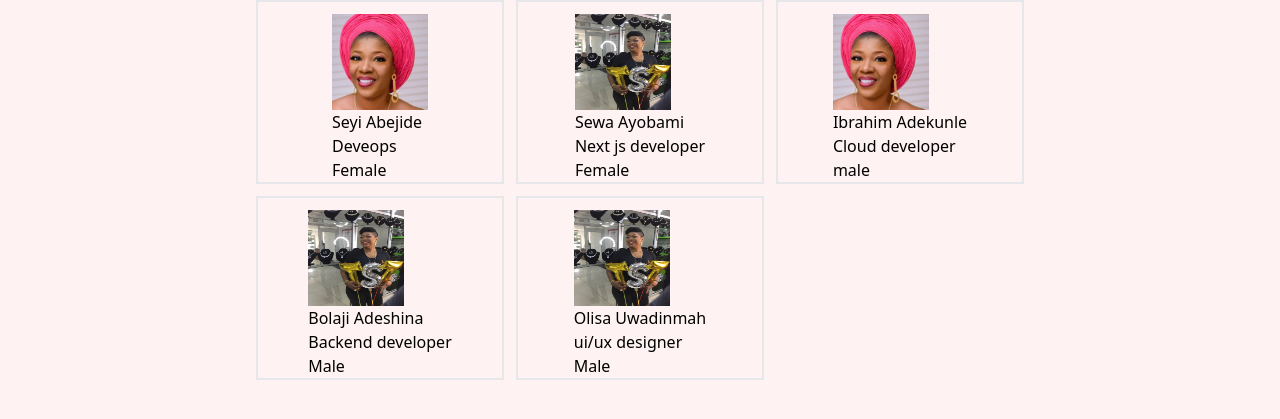
Repository: Semanmernstack/Bincom
Page: /
An editor plug-in stored every save of this project. The page is shown before and after the next save, followed by the edit.
The browser window is 1280 px wide. The pictures show the whole page.
The project was rebuilt for these pictures with package versions that can differ from the ones it lists, and the page was loaded fresh each time. The framework's server and built-in components were replaced by stand-ins that run in the browser. Also part of the build but not shown: next.config.mjs.

Above is the page before, as saved 2024-01-25 05:29:48.

### app/layout.tsx
import type { Metadata } from "next";
import { Inter } from "next/font/google";
import "./globals.css";

const inter = Inter({ subsets: ["latin"] });

export const metadata: Metadata = {
  title: "Create Next App",
  description: "Generated by create next app",
};

export default function RootLayout({
  children,
}: Readonly<{
  children: React.ReactNode;
}>) {
  return (
    <html lang="en">
      <body className=" min-h-screen bg-red-50">{children}</body>
    </html>
  );
}

### app/page.tsx
import slidefour from "../public/slidefour.png"


import slidethree from "../public/slidethree.png"
import SetUp from "./components/SetUp";


const data = [
  {
    id: "1",
    title: "Seyi Abejide",
    image:"slidefour.png",
    role: "Deveops",
    gender: "Female",

  },
  {
    id: "2",
    title: "Sewa Ayobami",
    image: "slidethree.png",
    role: "Next js developer",
    gender: "Female"

  },
  {
    id: "3",
    title: "Ibrahim Adekunle",
    image:"slidefour.png",
    role: "Cloud developer",
    gender: "male",

  },
  {
    id: "4",
    title: "Bolaji Adeshina",
    image: "slidethree.png",
    role: "Backend developer",
    gender: "Male",

  },
  {
    id: "5",
    title: "Olisa Uwadinmah",
    image: "slidethree.png",
    role: "ui/ux designer",
    gender: "Male",

  },


];



export default function Home() {
  return (
    <main className=" flex flex-col max-w-3xl mx-auto ">
      <div className="grid grid-cols-1 sm:grid-cols-2 md:grid-cols-3 gap-3">
          {data.map((p, index)=> (
              <div className=" border-2 border-shadow items-center justify-center flex" key={index}>
                <SetUp
                  id={p.id}
                  title={p.title}
                  image={p.image}
                  role={p.role}
                  gender= {p.gender}
                />
              </div>

          ))}


      </div>



    </main>
  );
}

### app/components/SetUp.tsx
import React from 'react'
interface B {
    id: string
    title: string
    image: string
    role: string
    gender: string
}


function SetUp({id, title, image, role, gender}:B) {
  return (
    <div className=' mt-3'>
      <img src={image} alt="image" className='h-24 w-24' />
      <div>
        <h1>{title}</h1>
        <div>
          <h2>{role}</h2>
          <h2>{gender}</h2>
        </div>

        <div>

        </div>

      </div>

    </div>
  )
}

export default SetUp

Loaded but not shown: app/globals.css (common file); tailwind.config.ts (common file)

After the next save:
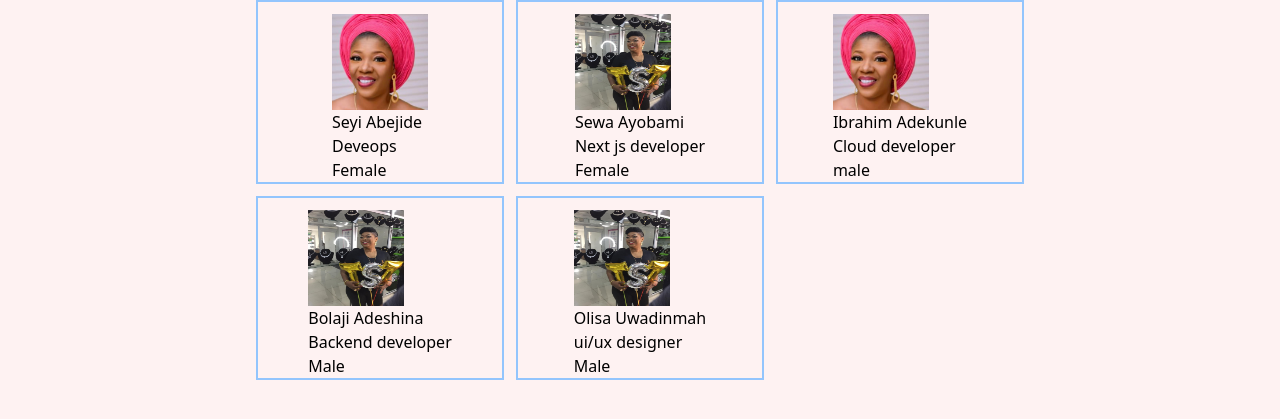
Saved 19 s later.
--- a/app/page.tsx
+++ b/app/page.tsx
@@ -57,7 +57,7 @@ export default function Home() {
     <main className=" flex flex-col max-w-3xl mx-auto ">
       <div className="grid grid-cols-1 sm:grid-cols-2 md:grid-cols-3 gap-3">
           {data.map((p, index)=> (
-              <div className=" border-2 border-shadow items-center justify-center flex" key={index}>
+              <div className=" border-2 border-blue-300 items-center justify-center flex" key={index}>
                 <SetUp
                   id={p.id}
                   title={p.title}
